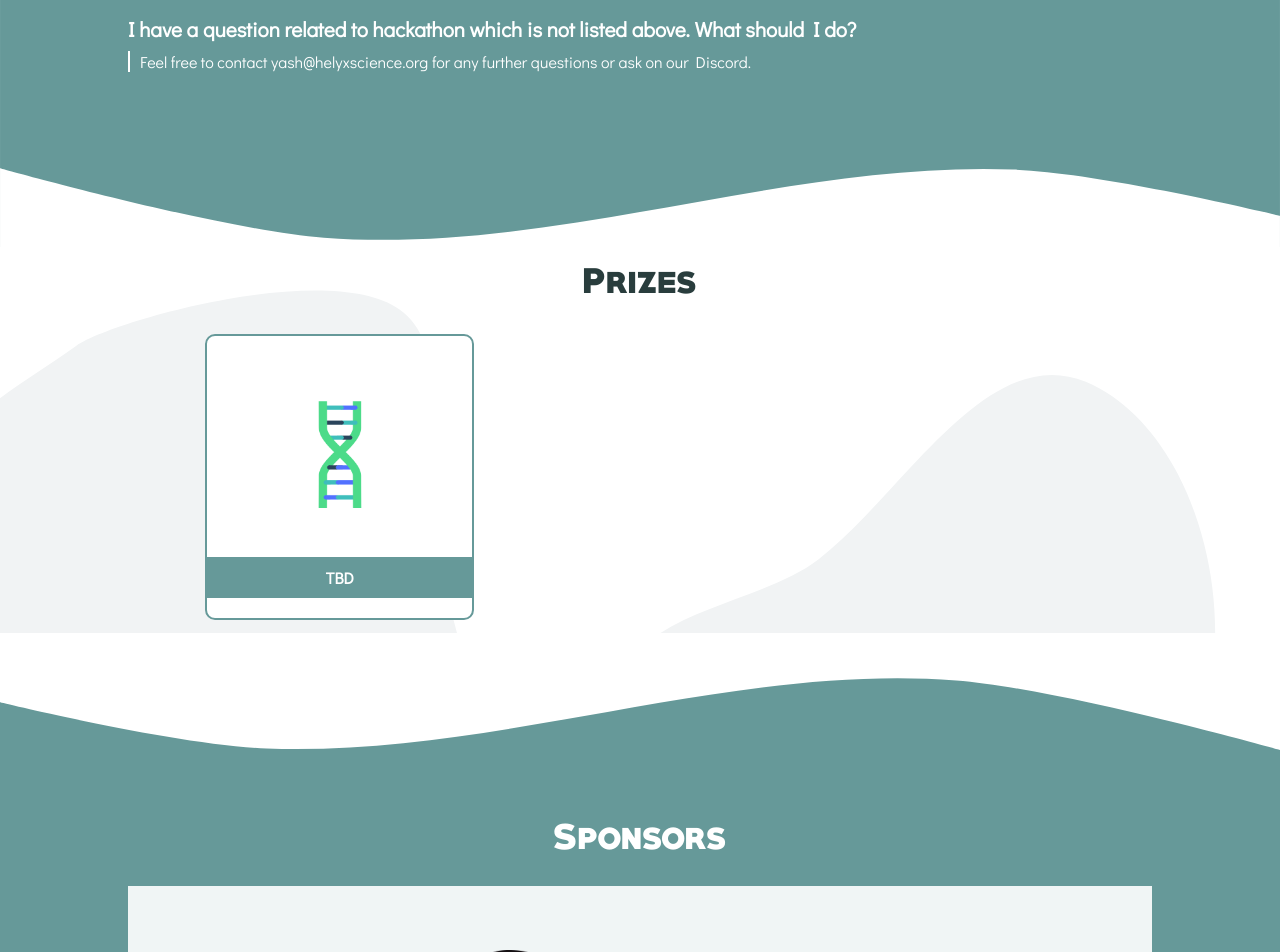
Repository: yashg4509/helyxhacksIII
Page: index.html
These files come from the project's save history. The page is drawn as it stood at one moment and after the next save; the edit follows.
The browser window is 1280 px wide. The pictures show the part of the page from y = 4107 to 5059 px (the page is 7235 px tall).
A picture or video elsewhere on the page could not be fetched, so the positions and the page height are approximate.

Above is the page before, as saved 2021-02-17 23:23:58.

After the next save:
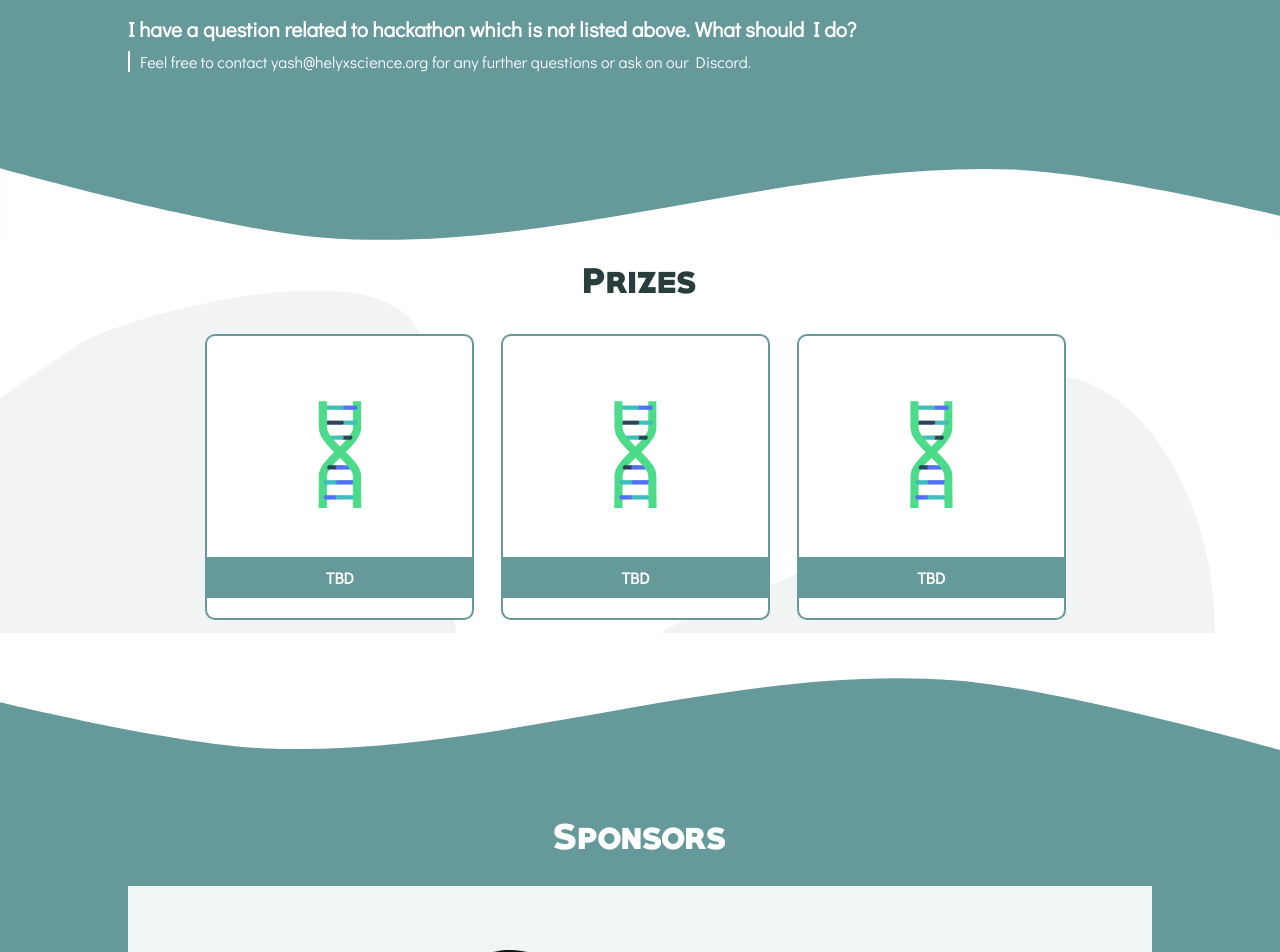
Saved 68 s later.
--- a/index.html
+++ b/index.html
@@ -308,29 +308,28 @@
 			<div class="name"> Prizes </div>
 			<div class="prizes">
 				<div class="prizes-cont">
+					<div class="prize">
+						<div class="prize-img">
+							<img src="./images/new_logo.png">
+						</div>
+						<div class="prize-text">
+							TBD </div>
+					</div>
+					<div class="prize">
+						<div class="prize-img">
+							<img src="./images/new_logo.png">
+						</div>
+						<div class="prize-text">
+							TBD </div>
+					</div>
+					<div class="prize">
+						<div class="prize-img">
+							<img src="./images/new_logo.png">
+						</div>
+						<div class="prize-text">
+							TBD </div>
+					</div>
 					<!-- <div class="prize">
-						<div class="prize-img">
-							<img src="./images/new_logo.png">
-						</div>
-						<div class="prize-text">
-							TBD </div>
-					</div> -->
-					<div class="prize">
-						<div class="prize-img">
-							<img src="./images/new_logo.png">
-						</div>
-						<div class="prize-text">
-							TBD </div>
-					</div>
-					<!-- <div class="prize">
-						<div class="prize-img">
-							<img src="./images/new_logo.png">
-						</div>
-						<div class="prize-text">
-							Third Prize : ₹ 5000 Cash
-						</div>
-					</div>
-					<div class="prize">
 						<div class="prize-img">
 							<img src="./images/new_logo.png">
 						</div>
